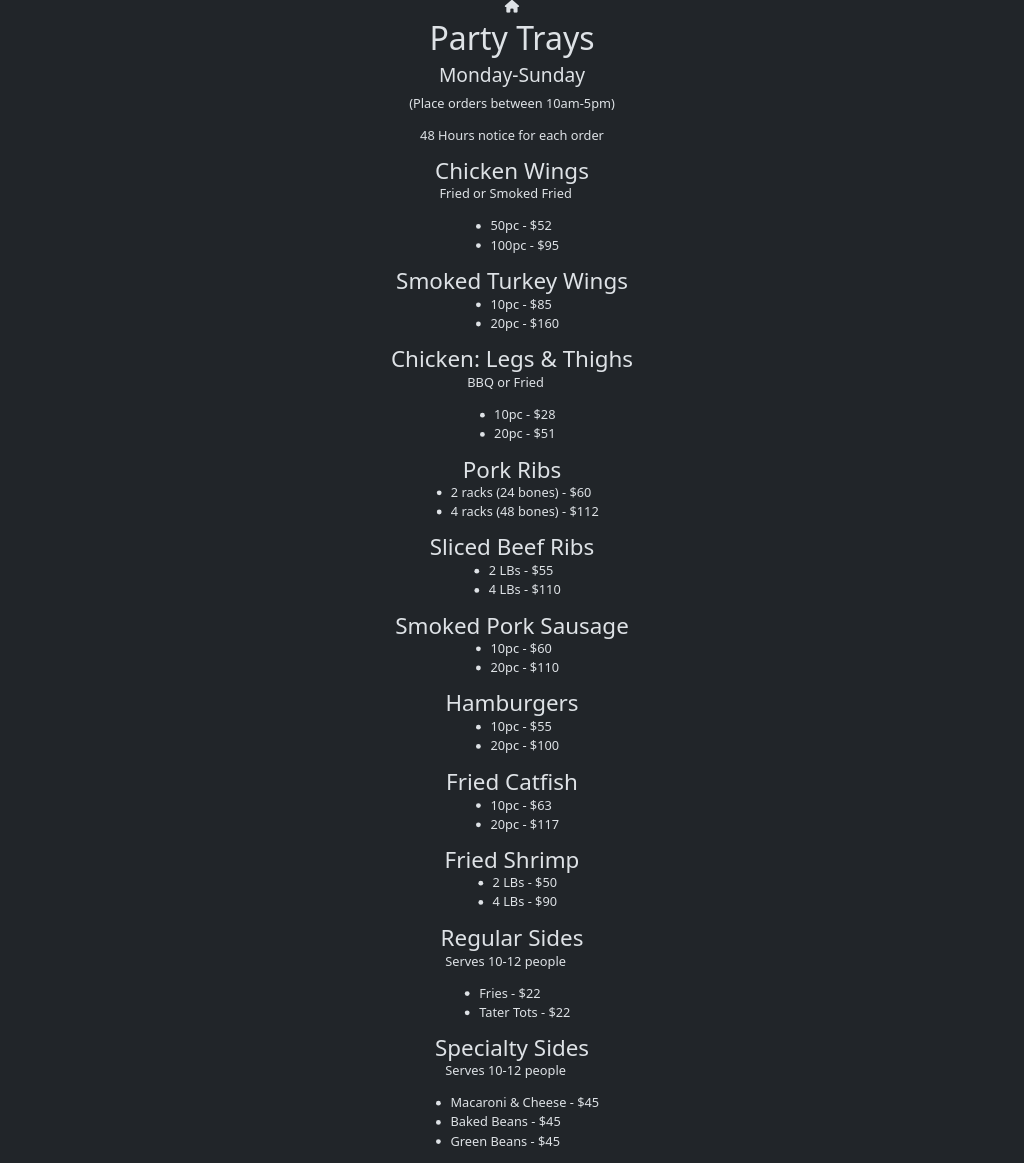
Repository: dukedward/smokehousemenu
Page: trays/index.html
An editor plug-in stored every save of this project. The page is shown before and after the next save, followed by the edit.
The browser window is 1280 px wide. The pictures show the whole page, at 80% of full size.
Some web libraries are served in a nearby version.

Above is the page before, as saved 2023-03-01 09:23:29.

### trays/index.html
<!DOCTYPE html>
<html lang="en" data-bs-theme="dark">
<head>
    <meta charset="UTF-8">
    <meta http-equiv="X-UA-Compatible" content="IE=edge">
    <meta name="viewport" content="width=device-width, initial-scale=1.0">
    <link rel="stylesheet" href="https://cdnjs.cloudflare.com/ajax/libs/font-awesome/6.3.0/css/all.min.css" integrity="sha512-SzlrxWUlpfuzQ+pcUCosxcglQRNAq/DZjVsC0lE40xsADsfeQoEypE+enwcOiGjk/bSuGGKHEyjSoQ1zVisanQ==" crossorigin="anonymous" referrerpolicy="no-referrer" />
    <link href="https://cdn.jsdelivr.net/npm/bootstrap@5.3.0-alpha1/dist/css/bootstrap.min.css" rel="stylesheet" integrity="sha384-GLhlTQ8iRABdZLl6O3oVMWSktQOp6b7In1Zl3/Jr59b6EGGoI1aFkw7cmDA6j6gD" crossorigin="anonymous">
    <link rel="stylesheet" href="../style.css" />
    <title>Party Trays</title>
</head>
<body>
    <div class="title">
        <i class="fa-solid fa-house mb-2"></i>
        <h1>Party Trays</h1>
        <h4>Monday-Sunday</h4>
        <p>(Place orders between 10am-5pm)</p>
        <p>48 Hours notice for each order</p>
    </div>
    <div class="sections">
        <div class="sect">
            <h3>Chicken Wings</h3>
            <div class="desc">
                <p>Fried or Smoked Fried</p>
            </div>
            <ul>
                <li>50pc - $52</li>
                <li>100pc - $95</li>
            </ul>
        </div>
        <div class="sect">
            <h3>Smoked Turkey Wings</h3>
            <ul>
                <li>10pc - $85</li>
                <li>20pc - $160</li>
            </ul>
        </div>
        <div class="sect">
            <h3>Chicken: Legs & Thighs</h3>
            <div class="desc">
                <p>BBQ or Fried</p>
            </div>
            <ul>
                <li>10pc - $28</li>
                <li>20pc - $51</li>
            </ul>
        </div>
        <div class="sect">
            <h3>Pork Ribs</h3>
            <ul>
                <li>2 racks (24 bones) - $60</li>
                <li>4 racks (48 bones) - $112</li>
            </ul>
        </div>
        <div class="sect">
            <h3>Sliced Beef Ribs</h3>
            <ul>
                <li>2 LBs - $55</li>
                <li>4 LBs - $110</li>
            </ul>
        </div>
        <div class="sect">
            <h3>Smoked Pork Sausage</h3>
            <ul>
                <li>10pc - $60</li>
                <li>20pc - $110</li>
            </ul>
        </div>
        <div class="sect">
            <h3>Hamburgers</h3>
            <ul>
                <li>10pc - $55</li>
                <li>20pc - $100</li>
            </ul>
        </div>
        <div class="sect">
            <h3>Fried Catfish</h3>
            <ul>
                <li>10pc - $63</li>
                <li>20pc - $117</li>
            </ul>
        </div>
        <div class="sect">
            <h3>Fried Shrimp</h3>
            <ul>
                <li>2 LBs - $50</li>
                <li>4 LBs - $90</li>
            </ul>
        </div>
        <div class="sect">
            <h3>Regular Sides</h3>
            <div class="desc">
                <p>Serves 10-12 people</p>
            </div>
            <ul>
                <li>Fries - $22</li>
                <li>Tater Tots - $22</li>
            </ul>
        </div>
        <div class="sect">
            <h3>Specialty Sides</h3>
            <div class="desc">
                <p>Serves 10-12 people</p>
            </div>
            <ul>
                <li>Macaroni & Cheese - $45</li>
                <li>Baked Beans - $45</li>
                <li>Green Beans - $45</li>
            </ul>
        </div>
    </div>
    <script src="https://cdn.jsdelivr.net/npm/bootstrap@5.3.0-alpha1/dist/js/bootstrap.bundle.min.js" integrity="sha384-w76AqPfDkMBDXo30jS1Sgez6pr3x5MlQ1ZAGC+nuZB+EYdgRZgiwxhTBTkF7CXvN" crossorigin="anonymous"></script>
</body>
</html>

### style.css
/* * {
	margin: 0;
	padding: 0;
} */

/* body {
    background-color: #212529;
}




.title h1,h2,p {
    margin-bottom: 0;
}


dt {
    font-size: medium;
    font-weight: bold;
}

dd {
    margin-bottom: 1rem;
}

h1,h2,h3,ul,li,p {
    color: #fff;
} */

.container {
    height: 100vh;
}

.title {
	display: flex;
	flex-direction: column;
	justify-content: center;
	align-items: center;
}

.sections {
	display: grid;
}

.sect, .sub-sect {
	display: flex;
	flex-direction: column;
	justify-content: left;
	align-items: center;
}

.sect h2,h3 {
    margin-bottom: 0;
}

.desc {
    display: flex;
    flex-direction: row;
    justify-content: space-between;
}

.desc p {
    padding-right: 1rem;
}

After the next save:
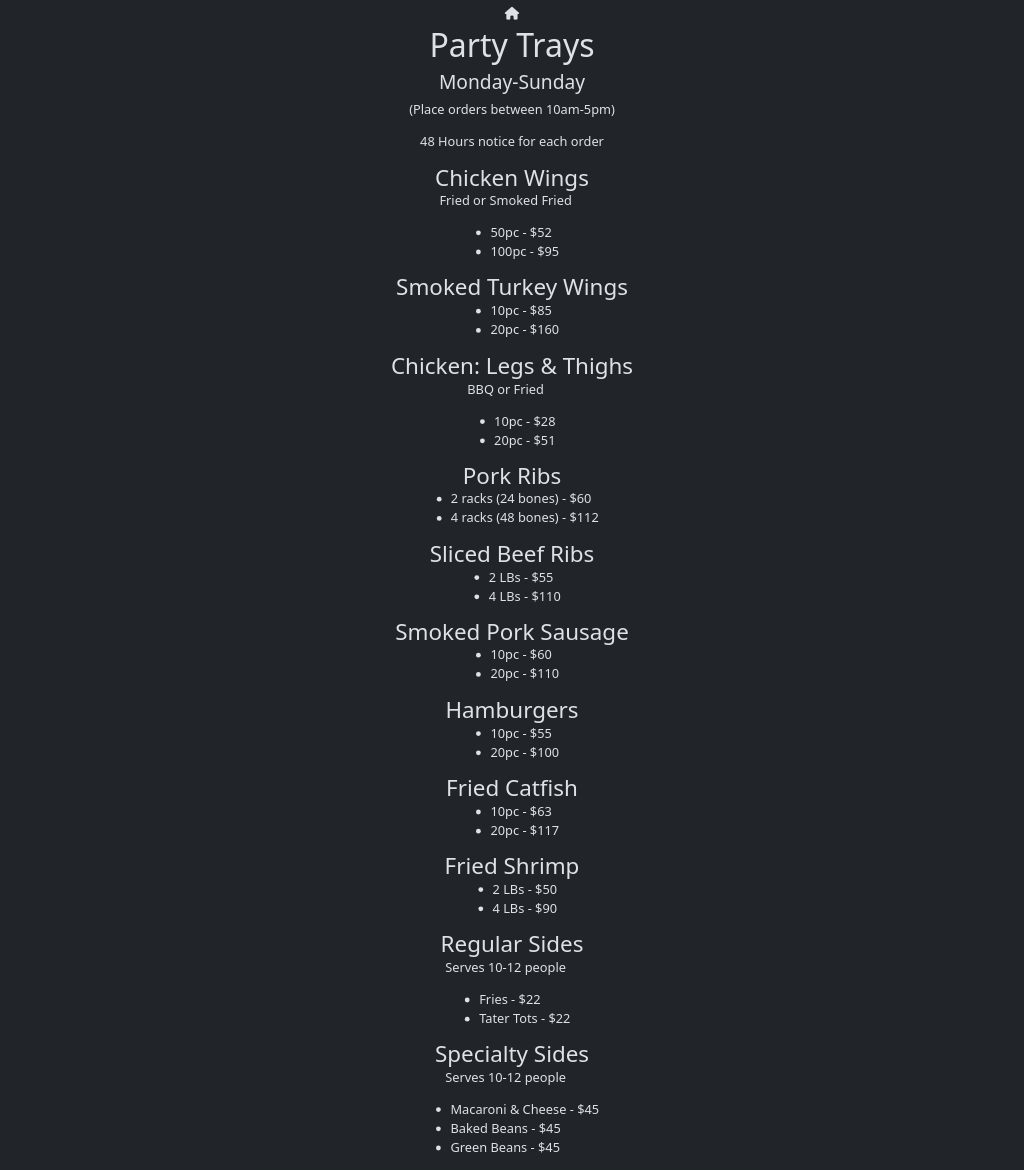
Saved 11 s later.
--- a/trays/index.html
+++ b/trays/index.html
@@ -11,7 +11,7 @@
 </head>
 <body>
     <div class="title">
-        <i class="fa-solid fa-house mb-2"></i>
+        <i class="fa-solid fa-house mt-2 mb-2"></i>
         <h1>Party Trays</h1>
         <h4>Monday-Sunday</h4>
         <p>(Place orders between 10am-5pm)</p>
